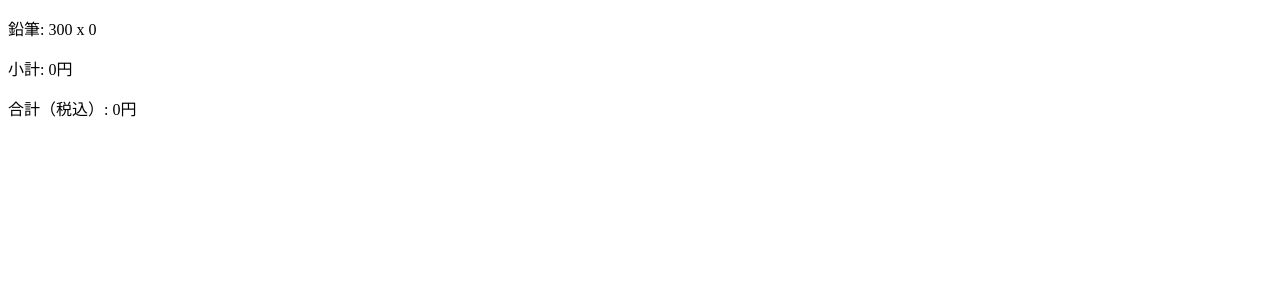
Repository: minoto9/vue_tutorial
Page: p53/p53.html
These files come from the project's save history. The page is drawn as it stood at one moment and after the next save; the edit follows.
The browser window is 1280 px wide. The pictures show the whole page.
Some web libraries are served in a nearby version.

Above is the page before, as saved 2019-07-06 01:38:10.

### p53/p53.html
<!DOCTYPE html>
<html lang="ja">
<head>
    <meta charset="UTF-8">
    <meta name="viewport" content="width=device-width, initial-scale=1.0">
    <meta http-equiv="X-UA-Compatible" content="ie=edge">
    <title>Document</title>
    <script src="https://unpkg.com/vue@2.5.17"></script>
</head>
<body>
    <div id="app">
        <p>
            {{ items[0].name }}: {{ items[0].price }} x {{ items[0].quantity }}
        </p>
        <p>
            小計: {{ totalPrice | numberWithDelimiter}}円
        </p>
        <p>
            合計（税込）: {{ totalPriceWithTax | numberWithDelimiter }}円
        </p>
    </div>
    <script src="p50.js"></script>
</body>
</html>

### p50/p50.js
var items = [
    {
        name: '鉛筆',
        price: 300,
        quantity: 0
    },
    {
        name: 'ノート',
        price: 400,
        quantity: 0
    },
    {
        name: '消しゴム',
        price: 500,
        quantity: 0
    }
]

var vm = new Vue ({
    el: '#app',
    data: {
        items: items
    },
    filters: {
        numberWithDelimiter: function(value) {
            if (!value) {
                return '0'
            }
            return value.toString().replace(/(\d)(?=(\d{3})+$)/g, '$1,')
        }
    },
    computed: {
        totalPrice: function() {
            return this.items.reduce(function (sum, item) {
                return sum + (item.price * item.quantity)
            }, 0)
        },
        totalPriceWithTax: function() {
            return Math.floor(this.totalPrice * 1.08)
        }
    }
})

After the next save:
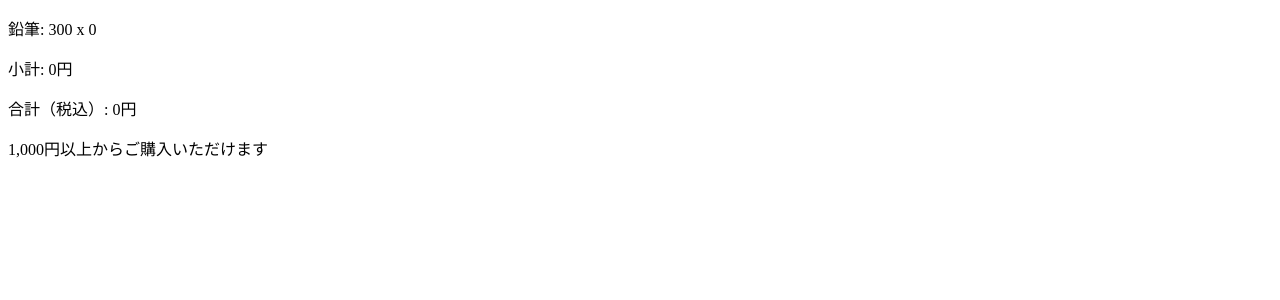
Saved 69 s later.
--- a/p53/p53.html
+++ b/p53/p53.html
@@ -18,6 +18,9 @@
         <p>
             合計（税込）: {{ totalPriceWithTax | numberWithDelimiter }}円
         </p>
+        <p v-show="!canBuy">
+            {{ 1000 | numberWithDelimiter }}円以上からご購入いただけます
+        </p>
     </div>
     <script src="p50.js"></script>
 </body>
